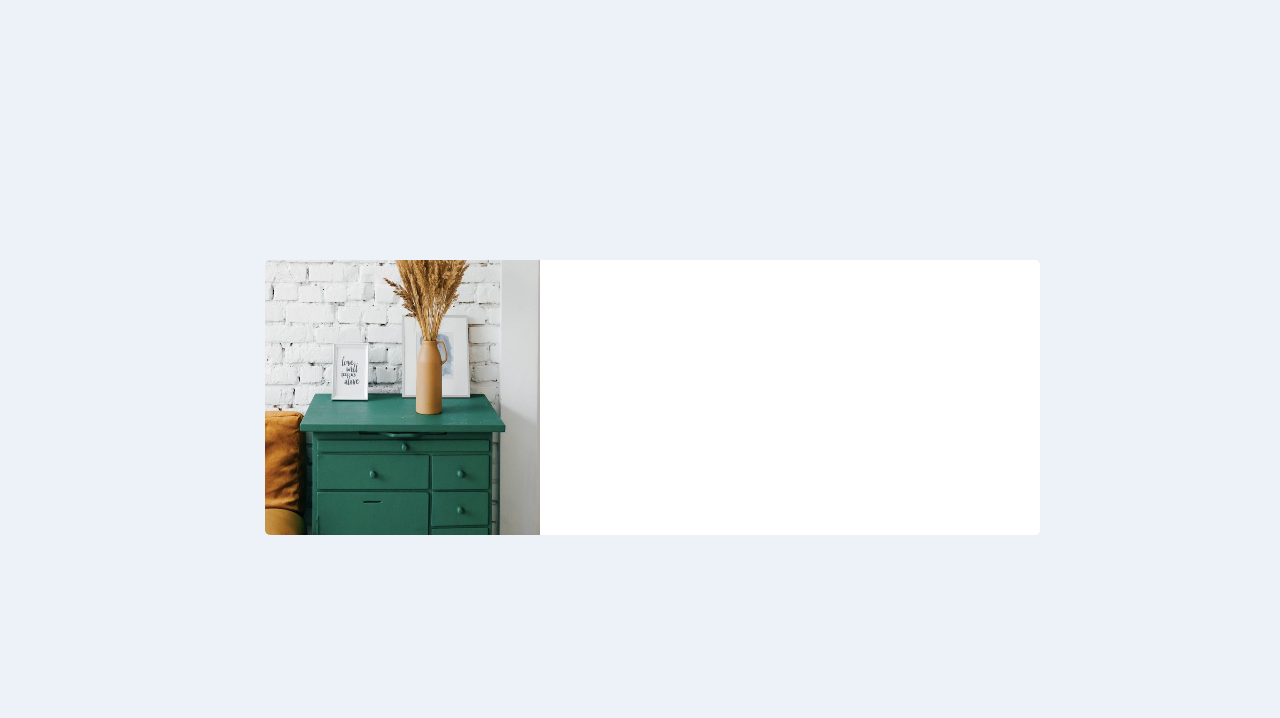
Repository: ricky603/training-css
Page: article-preview-component-master/index.html
The author's editor kept a copy of each file at every save. The page is drawn from the files as they stood at one save, then again after the next save.
The browser window is 1280 px wide. The pictures show the whole page.

Above is the page before, as saved 2020-09-09 08:26:25.

### article-preview-component-master/index.html
<!DOCTYPE html>
<html lang="en">

<head>
    <meta charset="UTF-8">
    <meta name="viewport" content="width=device-width, initial-scale=1.0">
    <!-- displays site properly based on user's device -->

    <link rel="icon" type="image/png" sizes="32x32" href="./images/favicon-32x32.png">
    <link rel="stylesheet" href="./styles.css">
    <link href="https://fonts.googleapis.com/css2?family=Manrope:wght@500;700&display=swap" rel="stylesheet">

    <title>Frontend Mentor | Article preview component</title>

    <!-- Feel free to remove these styles or customise in your own stylesheet 👍 -->
</head>

<body>
    <div class="article">
        <div id="image">
            <img src="./images/drawers.jpg" class="drawer">
        </div>

        <div class="post">
            <div class="head">
                <h2>Shift the overall look and feel by adding these wonderful touches to furniture in your home</h2>
            </div>
        </div>
    </div>


</body>

</html>

<!--

  Ever been in a room and felt like something was missing? Perhaps
  it felt slightly bare and uninviting. I’ve got some simple tips
  to help you make any room feel complete.

  Michelle Appleton
  28 Jun 2020

  Share -->

### article-preview-component-master/styles.css
body {
    background-color: hsl(210, 46%, 95%);
}

h2 {
    font-family: 'Manrope';
    font-weight: 700;
}

#image {
    display: inline-block;
}

.post {
    z-index: 2;
    position: fixed;
    display: inline-block;
    width: 57%;
    bottom: 100%;
}

.head {
    display: inline-block;
    color: hsl(217, 19%, 35%);
}

.article {
    z-index: 1;
    position: fixed;
    width: 775px;
    height: 275px;
    background-color: white;
    margin: auto;
    top: 50%;
    left: 50%;
    margin-top: -100px;
    margin-left: -375px;
    border-radius: 5px;
}

.drawer {
    width: 275px;
    height: 275px;
    border-radius: 5px 0 0 5px;
}

.attribution {
    font-size: 11px;
    text-align: center;
}

.attribution a {
    color: hsl(228, 45%, 44%);
}

After the next save:
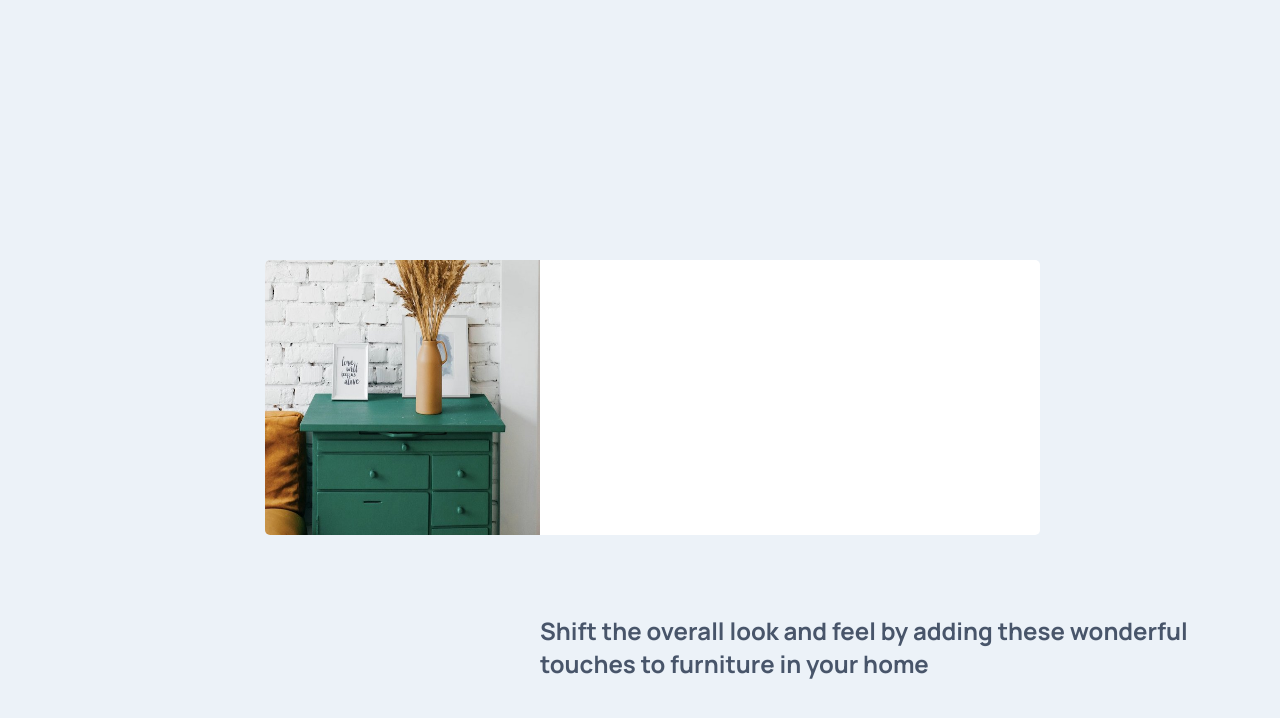
Saved 16 s later.
--- a/article-preview-component-master/styles.css
+++ b/article-preview-component-master/styles.css
@@ -16,7 +16,7 @@ h2 {
     position: fixed;
     display: inline-block;
     width: 57%;
-    bottom: 100%;
+    bottom: 20px;
 }
 
 .head {
